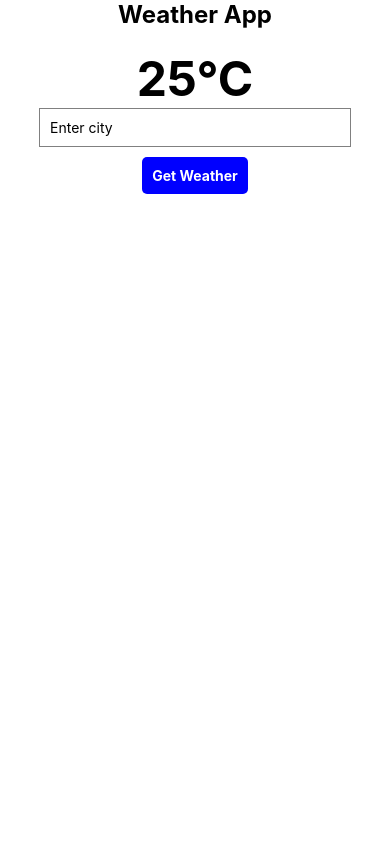
Repository: vanh1604/ExerciseReactNative
Screen: /
These files come from the project's save history. The screen is drawn as it stood at one moment and after the next save; the edit follows.
The app was drawn by React Native's web renderer in a window 390 px wide. The project was rebuilt for these pictures with package versions that can differ from the ones it lists, and the page was loaded fresh each time. Also part of the build but not shown: components/LessonDesign.js, components/Caption.js.

Above is the screen before, as saved 2023-09-09 10:31:48.

### App.js
import { StatusBar } from "expo-status-bar";
import { SafeAreaView, StyleSheet, Text, View } from "react-native";
import LessonDesign from "./components/LessonDesign";
import Caption from "./components/Caption";
import WeatherApp from "./components/WeatherApp";
export default function App() {
  return (
    <SafeAreaView>
      <WeatherApp></WeatherApp>
    </SafeAreaView>
  );
}

const styles = StyleSheet.create({});

### components/WeatherApp.js
import React from "react";
import {
  View,
  Text,
  TextInput,
  Image,
  TouchableOpacity,
  StyleSheet,
  Button,
  SafeAreaView,
} from "react-native";

const WeatherApp = () => {
  return (
    <SafeAreaView style={styles.container}>
      <Text style={styles.header}>Weather App</Text>
      {/* <Image
        // source={require("./weather-icon.png")}
        style={styles.weatherIcon}
      /> */}
      <Text style={styles.temperature}>25°C</Text>
      <TextInput placeholder="Enter city" style={styles.input} />
      <TouchableOpacity style={styles.button}>
        <Text style={styles.buttonText}>Get Weather</Text>
      </TouchableOpacity>
    </SafeAreaView>
  );
};

const styles = StyleSheet.create({
  container: {
    alignItems: "center",
    justifyContent: "center",
  },
  header: {
    fontSize: 24,
    fontWeight: "bold",
    marginBottom: 20,
  },
  weatherIcon: {
    width: 100,
    height: 100,
    marginBottom: 10,
  },
  temperature: {
    fontSize: 48,
    fontWeight: "bold",
    color: "black",
  },
  input: {
    borderWidth: 1,
    borderColor: "gray",
    padding: 10,
    width: "80%",
    marginBottom: 10,
    color: "black",
  },
  button: {
    backgroundColor: "blue",
    padding: 10,
    borderRadius: 5,
  },
  buttonText: {
    color: "white",
    fontWeight: "bold",
  },
});

export default WeatherApp;

After the next save:
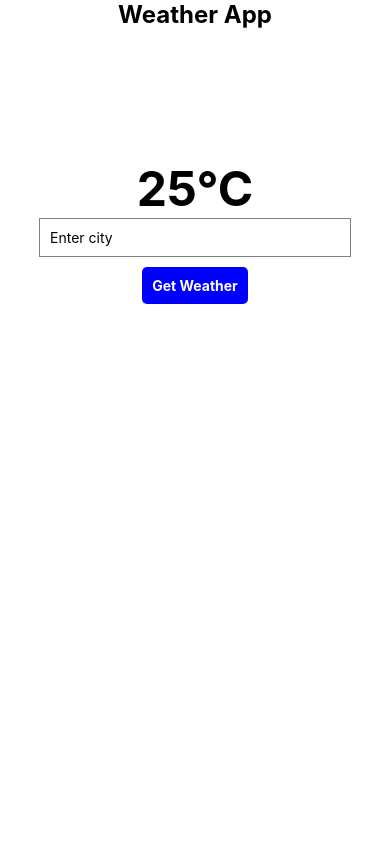
Saved 9 min 39 s later.
--- a/components/WeatherApp.js
+++ b/components/WeatherApp.js
@@ -14,10 +14,10 @@ const WeatherApp = () => {
   return (
     <SafeAreaView style={styles.container}>
       <Text style={styles.header}>Weather App</Text>
-      {/* <Image
+      <Image
         // source={require("./weather-icon.png")}
         style={styles.weatherIcon}
-      /> */}
+      />
       <Text style={styles.temperature}>25°C</Text>
       <TextInput placeholder="Enter city" style={styles.input} />
       <TouchableOpacity style={styles.button}>
